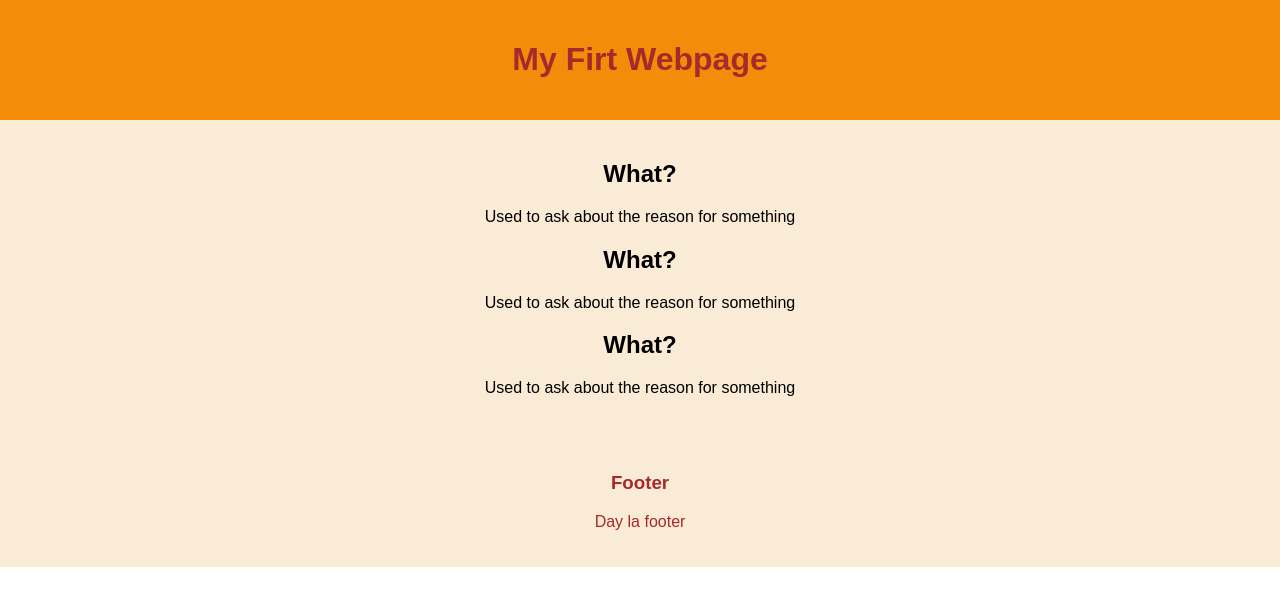
Repository: Thonghehe/Lab2_Web106
Page: Buoi2/l22.html
These files come from the project's save history. The page is drawn as it stood at one moment and after the next save; the edit follows.
The browser window is 1280 px wide. The pictures show the whole page.

Above is the page before, as saved 2024-03-13 21:54:28.

After the next save:
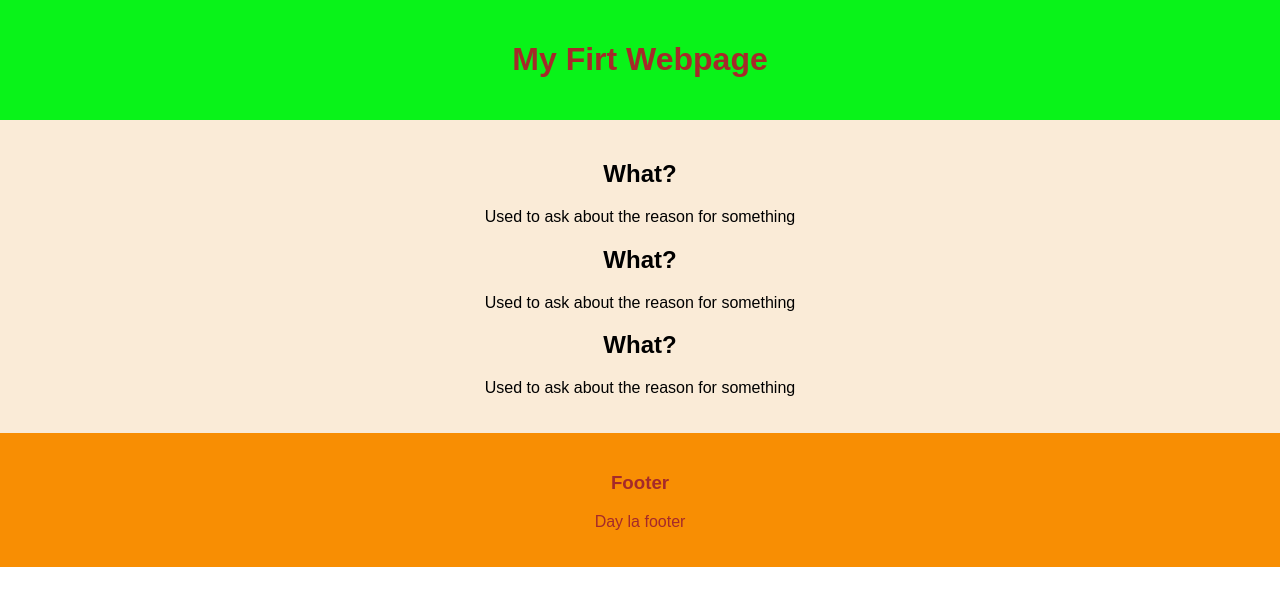
Saved 17 s later.
--- a/Buoi2/l22.html
+++ b/Buoi2/l22.html
@@ -19,7 +19,7 @@
 
         .header,
         .footer {
-            background-color: rgb(243, 141, 9);
+            background-color: rgb(9, 243, 25);
             color: brown;
             padding: 20px;
             text-align: center;
@@ -39,7 +39,7 @@
         }
 
         .footer {
-            background-color: antiquewhite;
+            background-color: rgb(248, 142, 3);
         }
 
         @media only screen and(max-width:800px) {
